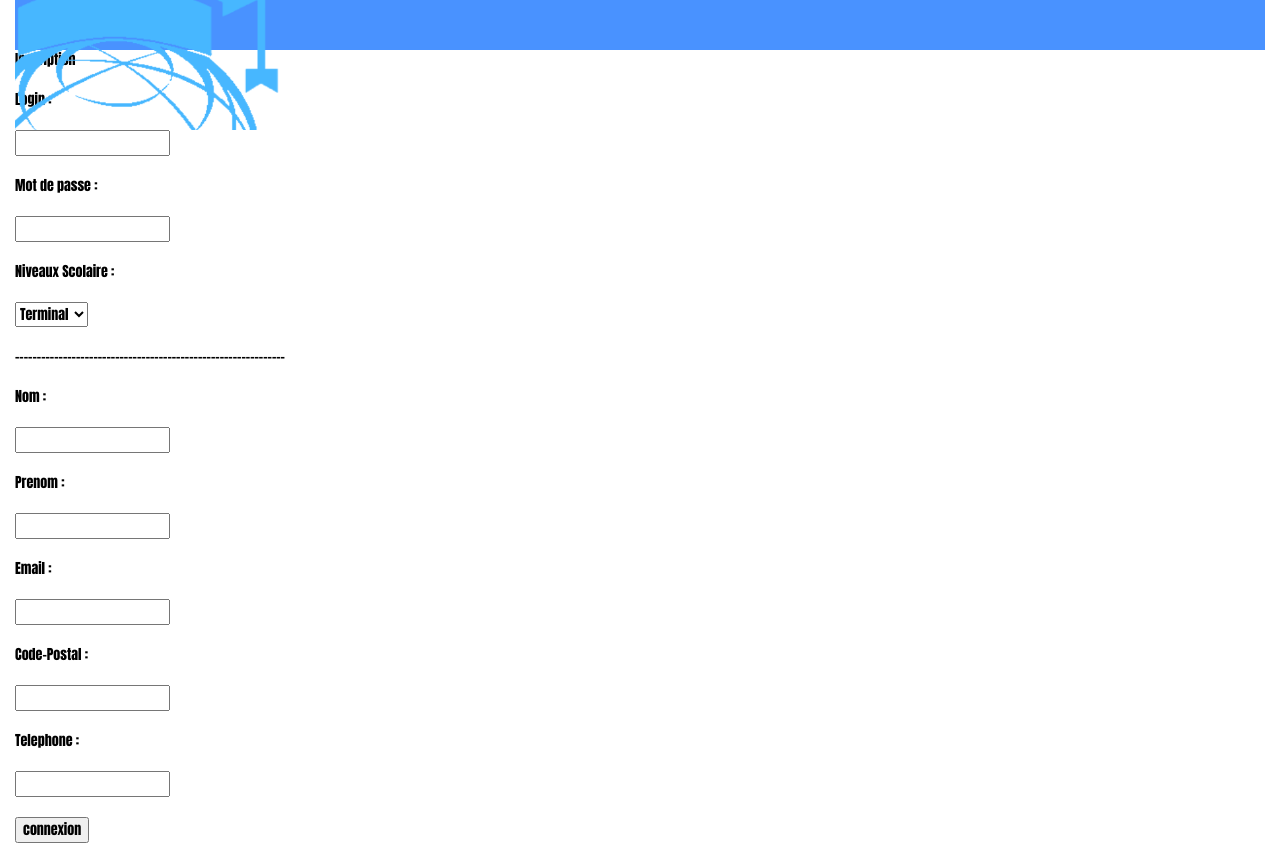
Repository: AntoAnt/WikiScolaire-
Page: http://localhost/InterfaceWikiScolair/Inscription.jsp
These files come from the project's save history. The page is drawn as it stood at one moment and after the next save; the edit follows.
The browser window is 1280 px wide. The pictures show the whole page.
Some web fonts or font styles are not loaded; a fallback is used. The page is served by Tomcat 9.

Above is the page before, as saved 2017-04-27 16:36:26.

After the next save:
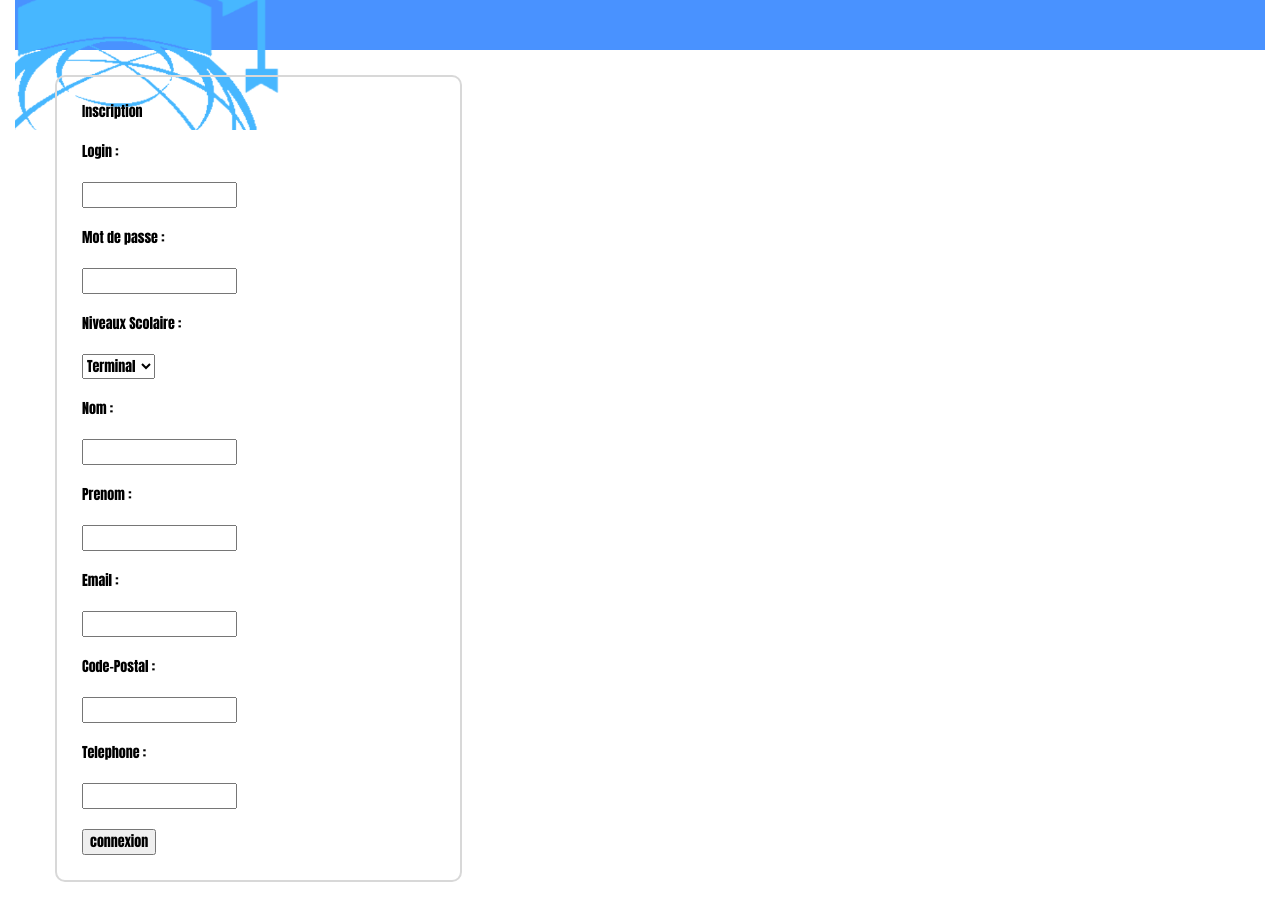
Saved 9 s later.
--- a/InterfaceWikiScolair/WebContent/Inscription.jsp
+++ b/InterfaceWikiScolair/WebContent/Inscription.jsp
@@ -27,31 +27,33 @@
                     </ul>
                 </div>
             </nav>
-<form method="post" action="/InterfaceWikiScolair/ControleurPrincipal?idaction=Inscription">
-Inscription<br></br>
-Login :<br></br>
-<input type="text" name="CHAMP_Login" ><br></br>
-Mot de passe :<br></br>
-<input type="password" name="CHAMP_Mdp" ><br></br>
-Niveaux Scolaire :<br></br>
-<select name="CHAMP_Niv">
-	<option value = "Terminal">Terminal</option>
-	<option value = "Premiere">Premiere</otpion>
-	<option value = "Seconde">Seconde</option>
-</select><br></br>
---------------------------------------------------------------<br></br>
-Nom :<br></br>
-<input type="text" name="CHAMP_Nom" ><br></br>
-Prenom :<br></br>
-<input type="text" name="CHAMP_Prenom" ><br></br>
-Email :<br></br>
-<input type="text" name="CHAMP_Email" ><br></br>
-Code-Postal :<br></br>
-<input type="text" name="CHAMP_CP" ><br></br>
-Telephone :<br></br>
-<input type="text" name="CHAMP_Tel" ><br></br>
-<input type="submit" name="bouton" value="connexion" />
-</form>
-
+            <div class="container-fluid">
+                <div class="col-xs-12 col-sm-12 col-lg-4 col-md-4 doc">
+					<form method="post" action="/InterfaceWikiScolair/ControleurPrincipal?idaction=Inscription">
+						Inscription<br></br>
+						Login :<br></br>
+							<input type="text" name="CHAMP_Login" ><br></br>
+						Mot de passe :<br></br>
+							<input type="password" name="CHAMP_Mdp" ><br></br>
+						Niveaux Scolaire :<br></br>
+							<select name="CHAMP_Niv">
+								<option value = "Terminal">Terminal</option>
+								<option value = "Premiere">Premiere</otpion>
+								<option value = "Seconde">Seconde</option>
+							</select><br></br>
+						Nom :<br></br>
+							<input type="text" name="CHAMP_Nom" ><br></br>
+						Prenom :<br></br>
+							<input type="text" name="CHAMP_Prenom" ><br></br>
+						Email :<br></br>
+							<input type="text" name="CHAMP_Email" ><br></br>
+						Code-Postal :<br></br>
+							<input type="text" name="CHAMP_CP" ><br></br>
+						Telephone :<br></br>
+							<input type="text" name="CHAMP_Tel" ><br></br>
+							<input type="submit" name="bouton" value="connexion" />
+					</form>
+				</div>
+			</div>
 </body>
 </html>
